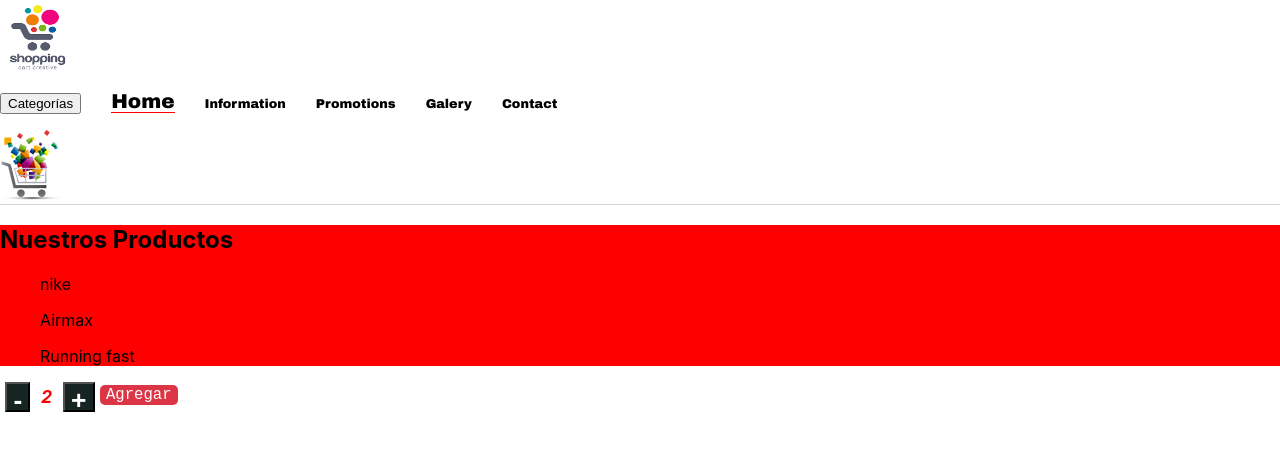
Repository: gustavomanuelquintana/CoderRepository
Page: / (app in cards-commers/)
An editor plug-in stored every save of this project. The page is shown before and after the next save, followed by the edit.
The browser window is 1280 px wide. The pictures show the whole page.
The project was rebuilt for these pictures with package versions that can differ from the ones it lists, and the page was loaded fresh each time. Also part of the build but not shown: cards-commers/src/Components/ItemListContainer/ItemList/ItemList.css.

Above is the page before, as saved 2020-10-31 11:10:57.

### cards-commers/src/App.js
import React from "react";
import NavBar from "./Components/NavBar/NavBar";
import ItemListContainer from "./Components/ItemListContainer/ItemListContainer";
import ItemCount from "./Components/ItemCount/ItemCount";

function App() {
  let stock= 14;
  const handleAdd = (counter) => {
    return ({stock}) => {
      if (stock <=0){
        alert('No hay stock')
      }else {
        alert(`Se van agregar ${counter} articulos`)
      }
    }
  }

  return (
    <div className="App">
        <NavBar />
        <ItemListContainer titulo='Aquí van los Items'/>
        <ItemCount onAdd={handleAdd}  stock={stock} initial={2} />
    </div>
  );
}

export default App;

### cards-commers/src/Components/NavBar/NavBar.js
import React from "react";
import ImageNavBar from "../../Images/cards-logo.png";
import CartWidget from "../CartWidget/CartWidget";
import Dropdown from "react-bootstrap/Dropdown";
import "./NavBar.css";

const styleFont = {
  fontSize: 20,
  borderBottom: "1px solid red",
};

function NavBar() {
  return (
    <div className=" col-12">
      <div className="header-navBar col-12">
        <div className="row col-12">
          <div className="Logo-navBar col-1">
            <a href="index.html">
            <img src={ImageNavBar} alt="logo" width="75" height="70" />
            </a>
          </div>
          <div className="Links-navBar col-10 mt-3">
            <ul className="List-navBar">
              <li>
                <Dropdown>
                  <Dropdown.Toggle  variant="danger" id="dropdown-basic">
                    Categorías
                  </Dropdown.Toggle>

                  <Dropdown.Menu>
                    <Dropdown.Item   href="#/action-1">
                      Deportes / Fitness
                    </Dropdown.Item>
                    <Dropdown.Item href="#/action-2">
                      Hogar / Electrodomésticos
                    </Dropdown.Item>
                    <Dropdown.Item href="#/action-3">Vehículos</Dropdown.Item>
                  </Dropdown.Menu>
                </Dropdown>
              </li>
              <li>
                <a style={styleFont} href="#">
                  Home
                </a>
              </li>
              <li>
                <a href="#">Information</a>
              </li>
              <li>
                <a href="#">Promotions </a>
              </li>
              <li>
                <a href="#">Galery</a>
              </li>
              <li>
                <a href="#">Contact</a>
              </li>
            </ul>
          </div>
          <div className="carrito-navBar col-1">
            <CartWidget />
          </div>
        </div>
      </div>
    </div>
  );
}

export default NavBar;

### cards-commers/src/Components/ItemListContainer/ItemListContainer.js
import React, {useState, useEffect} from 'react';
import './ItemListContainer.css';
import ItemList from './ItemList/ItemList';

const getList = () => {
    return new Promise( (res) => {
        let products;
        res(
            products = ["nike", "Airmax", "Running fast"]
        )
    });
}


function ItemListContainer({titulo}){
    const [itemList, setItemList] = useState([]);

    // Use effect
    useEffect( () => {
        getList().then( mercaderia => {
           setItemList(mercaderia);
        });
    },[]); // End useEffect

    return (
        <div className="container">
            <h2>Nuestros Productos</h2>
        <ItemList items={itemList} />
        </div>
    );
}



export default ItemListContainer;

### cards-commers/src/Components/ItemCount/ItemCount.js
import React, {useState} from 'react';
import ButtonsCount from './ButtonsCount/ButtonsCount';
import ViewCount from './ViewCount/ViewCount';
import AgregarCount from './AgregarCount/AgregarCount';


    const styleContain={
        backgroundColor:"white",
        display:"flex",
    }
    const styleBox = {
        color:"red",
        fontWeight:"bold",
        fontSize:"1.1em",
        lineHeight:"18px",
        display:"flex",
        justifyContent:"center",
        width:"100px",
        height:"30px",
    }
    const boxAdd ={
        fontWeight: "bold",
        fontSize: "1em",
        color: "red",
    }
    export default function ItemCount({onAdd,stock,initial}) {
        let [counter, counterState] = useState(initial);

    const onClickButton = (amount) => {
        return () => {
            let total = (amount < 0) ? 0 : amount;
            let limiter = (total > stock) ? stock: total;
            counterState(limiter);

        }
    }

    let props = {counter, counterState}

    return (
        <div className="section-car" style={styleContain}>
        <div className="box-count" style={styleBox}>
            <ButtonsCount suma={false} onClick={onClickButton} {...props} />
             <ViewCount value={counter}/>
             <ButtonsCount suma={true} onClick={onClickButton}  {...props}/>
        </div>

        <div  className="box-add" style={boxAdd}> <AgregarCount onAdd= {onAdd} {...{counter}}/> </div>
        </div>
        );
}

### cards-commers/src/Components/CartWidget/CartWidget.js
import React from 'react';
import ImageCarrito from "../../Images/carrito-img.png";

function CartWidget(){
    return (
        <a href="#">
         <img src={ImageCarrito}/>
        </a>
    )
}

export default CartWidget;

### cards-commers/src/Components/NavBar/NavBar.css
img {
  max-width: 100%;
}
.header-navBar {
  background-color: white;
  display: flex;
  width: 100%;
  border-bottom: 1px solid lightgrey;
}

.Logo-navBar img {
  max-height: 8em;
  max-width: 8em;
}
.Links-navBar ul li {
  display: inline-block;
  margin-right: 35px;
  margin: 0 70px 0 -40px;
}
.Links-navBar ul li a {
  color: black;
  font-family: Arial Black;
  font-size: 0.8em;
  font-weight: bold;
  text-decoration: none;
}

### cards-commers/src/Components/ItemListContainer/ItemListContainer.css
.container{
    width:100%;
    max-height:100vh;
    background-color:red;
}

### cards-commers/src/Components/ItemListContainer/ItemList/ItemList.js
import React, {useState, useEffect} from 'react';
import './ItemList.css';




function ItemList({items}){
return items.map( (item) => <ul>{item}</ul>)
}


export default ItemList;

### cards-commers/src/Components/ItemCount/ButtonsCount/ButtonsCount.js
import React from "react";
const styleButton = {
    fontWeight: "bold",
    fontSize:"1.5em",
    background: "#172522",
    color: "white",
    margin:"0 auto",
    height:"100%",
}

export default function ButtonsCount({suma,onClick,counter,counterState}) {

    let signo = suma ? '+' : '-';

    let amount = suma ? (counter + 1) : (counter - 1);

  return ( <button onClick={onClick(amount)} style={styleButton}>{signo}</button> )
}

### cards-commers/src/Components/ItemCount/ViewCount/ViewCount.js
import React from 'react';

const countnumber = {
    margin:"0.35em auto",
    fontStyle:"italic",

}

export default function ViewCount({value}){

    return(
        <div style={countnumber} className="countNumber">{value}</div>
    )
}

### cards-commers/src/Components/ItemCount/AgregarCount/AgregarCount.js
import React from 'react';

const agregarcount = {
    borderRadius:"5px",
    border:"none",
    margin:"0.2em auto",
    background:"#dc3545",
    color:"white",
    fontFamily:"monospace",
    fontSize:"1.2em",
}
export default function AgregarCount({onAdd, counter}){

    const agregarCount = () =>{};

    return(
        <div>
            <button style={agregarcount} onClick={onAdd(counter)}>Agregar</button>
        </div>
    )
}

Loaded but not shown: cards-commers/public/index.html (common file); cards-commers/src/index.js (common file); cards-commers/src/index.css (common file); cards-commers/src/serviceWorker.js (common file)

After the next save:
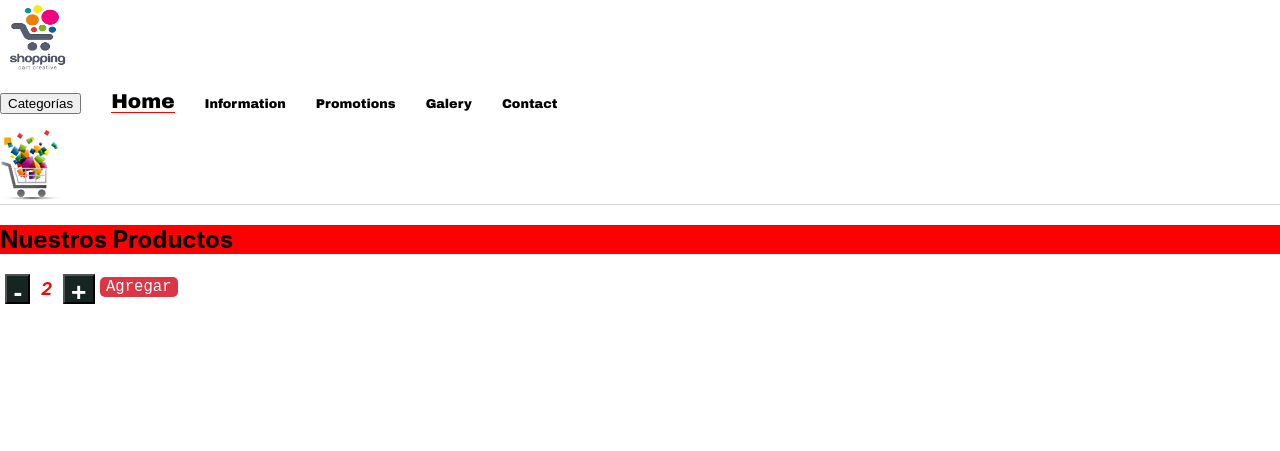
Saved 2 h 19 min later.
--- a/cards-commers/src/Components/ItemListContainer/ItemList/ItemList.js
+++ b/cards-commers/src/Components/ItemListContainer/ItemList/ItemList.js
@@ -4,8 +4,10 @@ import './ItemList.css';
 
 
 
+
+
 function ItemList({items}){
-return items.map( (item) => <ul>{item}</ul>)
+return <></>
 }
 
 
